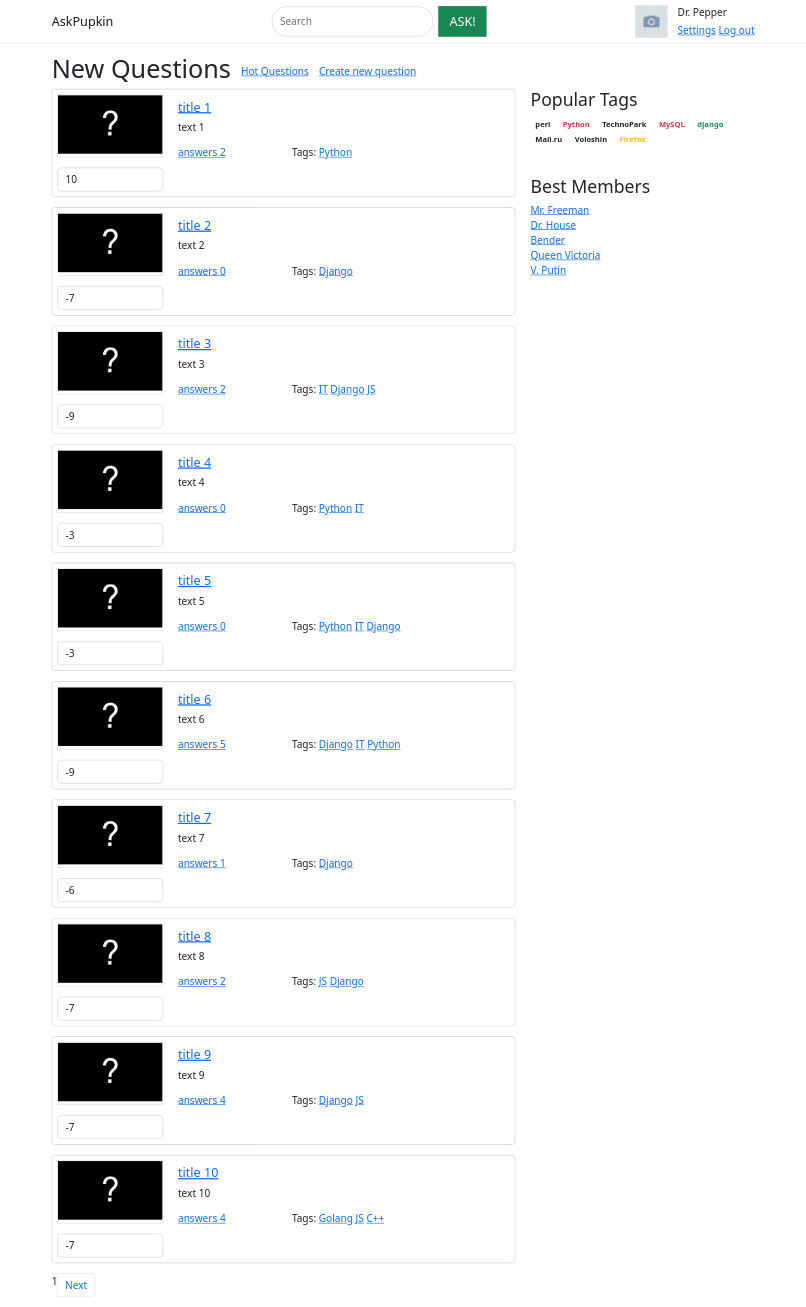
Repository: MiniDan21/askme_molchanov_django
Page: http://localhost/
These files come from the project's save history. The page is drawn as it stood at one moment and after the next save; the edit follows.
The browser window is 1280 px wide. The pictures show the whole page, at 63% of full size.
The page is served by the project's application, run on Django 5.2 (manage.py). Other server files are loaded and not shown.

Above is the page before, as saved 2024-04-10 15:57:48.

### templates/index.html
{% extends "layouts/base.html" %}

{% block main %}
      <div class="d-flex gap-3 align-items-center">
        <h1>New Questions </h1>
        <a href="/hot">Hot Questions</a>
        <a href="/ask">Create new question</a>
      </div>
      {% include 'layouts/question_list.html' %}
      {% include "layouts/pagination.html" with page_obj=questions route="index"%}
      {% include 'layouts/popular.html' %}

{% endblock %}

### templates/layouts/base.html
{% load static %}
<!doctype html>
<html lang="en">
  <head>
    <meta charset="utf-8"/>
    <meta
      name="viewport"
      content="width=device-width, initial-scale=1"
    />
    <title>{% block title %} ask-pipkin.com {% endblock %}</title>
    <link
      rel="stylesheet"
      type="text/css"
      href="{% static 'css/bootstrap.css' %}"
    />
    <link
      rel="stylesheet"
      type="text/css"
      href="{% static 'css/custom.css' %}"
    />
  </head>
  <body>
    <nav class="navbar bg-body-tertiary border-bottom">
      {% block navbar %}
      <div class="container-sm-fluid container-lg">
        <a class="navbar-brand" href="/">AskPupkin</a>
        <form
          class="d-flex"
          role="search"
        >
          <input
            class="form-control me-2 rounded-pill"
            type="search"
            placeholder="Search"
            aria-label="Search"
          />
          <button
            class="btn btn-success btn-lg rounded-0"
            type="submit"
          >ASK!</button>
        </form>
        <div class="d-flex justify-content-between gap-3">
          {% include 'layouts/loged_in.html' %}
        </div>
      </div>
    {% endblock %}
    </nav>
    <main class="container-fluid container-lg mt-3">
      {% block main %}
        block main
      {% endblock %}
    </main>
    <!-- <footer class="fixed-bottom p-3 bg-light">
      {% block footer %}
      <div class="container">
        <span class="text-muted">Place sticky footer content here.</span>
      </div>
      {% endblock %}
    </footer> -->
    <script src="../static/js/bootstrap.bundle.min.js"></script>
  </body>
</html>

### templates/layouts/loged_in.html
{% if authed %}
<div class="border">
  <img
    src="../static/img/alter_avatar.jpg"
    alt="Avatar"
    width="50"
    height="50"
  />
</div>
<div class="d-flex flex-column justify-content-between">
  <div>{{user.nickmame|default:"Dr. Pepper"}}</div>
  <div>
    <a href="{% url 'settings' %}">Settings</a>
    <a href="{% url 'logout' %}">Log out</a>
  </div>
</div>
{% else %}
<div class="d-flex flex-column justify-content-between">
  <div>
    <a href="{% url 'login' %}">log in</a>
    <a href="{% url 'signup' %}">sign up</a>
  </div>
</div>
{% endif %}

### templates/layouts/question_list.html
<div class="row">
    <div class="col-8">
      {% for question in questions %}
      <article class="card mb-3 w-100">
        <div class="row g-0">
          <div class="col-3 p-2">
            <div
              class="border w-100 mb-3 overflow-hidden"
              style="height: 100px"
            >
              <img
                src="{{ question.avatar }}"
                class="img-fluid"
                alt="..."
              />
            </div>
            <div class="input-group flex-nowrap">
              <input
                type="number"
                value="{{ question.likes }}"
                class="form-control"
              />
            </div>
          </div>
          <div class="col">
            <div class="card-body">
              <h5 class="card-title">
                <a href="{% url "question" question.id %}">{{ question.title }}</a>
              </h5>
              <p class="card-text">
                {{ question.text }}
              </p>
              <div class="row">
                <a
                  class="col-4"
                  href="{% url "question" question.id %}"
                >{{ question.answers }}</a>
                <div class="col-8">
                  <span>Tags:</span>
                  {% for tag in question.tags %}
                    <a href="{% url "tag" tag.name %}">{{ tag.name }}</a>
                  {% endfor %}
                </div>
              </div>
            </div>
          </div>
        </div>
      </article>
      {% endfor %}

### templates/layouts/pagination.html
<nav aria-label="Page navigation example">
    <ul class="pagination">
      {% if page_obj.has_previous %}
          <li class="page-item">
              <a class="page-link" href="{% url route %}?page={{ page_obj.previous_page_number }}">Previous</a>
          </li>
      {% endif %}
      <li class="page-item">{{ page_obj.number }}</li>
      {% if page_obj.has_next %}
          <li class="page-item"><a class="page-link" href="{% url route %}?page={{ page_obj.next_page_number }}">Next</a></li>
      {% endif %}
    </ul>
  </nav>
</div>

### templates/layouts/popular.html
<div class="col-4">
    <h3>Popular Tags</h3>
    <div class="row">
      <div class="col">
        <a href="{% url 'tag' 'perl'%}"><span class="badge text-dark">perl</span></a>
        <a href="{% url 'tag' 'Python'%}"><span class="badge text-danger">Python</span></a>
        <a href="{% url 'tag' 'TechnoPark'%}"><span class="badge text-dark">TechnoPark</span></a>
        <a href="{% url 'tag' 'MySQL'%}"><span class="badge text-danger">MySQL</span></a>
        <a href="{% url 'tag' 'django'%}"><span class="badge text-success">django</span></a>
        <a href="{% url 'tag' 'Mail.ru'%}"><span class="badge text-dark">Mail.ru</span></a>
        <a href="{% url 'tag' 'Voloshin'%}"><span class="badge text-dark">Voloshin</span></a>
        <a href="{% url 'tag' 'Firefox'%}"><span class="badge text-warning">Firefox</span></a>
      </div>
    </div>
    <h3 class="mt-5">Best Members</h3>
    <div>
      <a
        href="/member.html"
        class="d-block"
      >
        Mr. Freeman
      </a>
      <a
        href="/member.html"
        class="d-block"
      >
        Dr. House
      </a>
      <a
        href="/member.html"
        class="d-block"
      >
        Bender
      </a>
      <a
        href="/member.html"
        class="d-block"
      >
        Queen Victoria
      </a>
      <a
        href="/member.html"
        class="d-block"
      >V. Putin</a>
    </div>
  </div>
</div>

### app/views.py
from typing import Dict
from random import randint, sample

from django.http import HttpRequest
from django.shortcuts import get_object_or_404, render, redirect
from django.core.paginator import Paginator, InvalidPage


authed = True
TAGS = ['IT', 'JS', 'C++', 'Python', 'Django', 'Golang']
QUESTIONS = [{
        'title': f'title {i}',
        'id': i,
        'text': f'text {i}',
        'answers': f'answers {randint(0, 6)}',
        'tags': [{'name': tag} for tag in sample(TAGS, randint(1, 3))],
        'likes': randint(-10, 10),
        'avatar': '../static/img/alter_question_avatar.jpg',
    } for i in range(1,30)]

def paginate(
        request: HttpRequest,
        page_file,
        object_list,
        per_page=10,
        content: Dict = {}
    ):
    page_num = request.GET.get('page', 1)
    paginator = Paginator(object_list, per_page)
    try:
        page_obj = paginator.page(page_num)
        content['questions'] = page_obj
    # В случае ошибки, content не меняется
    except InvalidPage:
        pass
    page = render(request, page_file, content)
    return page


def index(request: HttpRequest):
    global QUESTIONS
    return paginate(request, "index.html", QUESTIONS, content={"authed": authed})

def question(request, id):
    return render(request, "question.html", {"authed": authed})

def tag(request, tag_name):
    global QUESTIONS
    questions = list(filter(lambda x: x['tags'].find(tag_name), QUESTIONS))

    return paginate(request, "tag.html", questions, content={"authed": authed})

def hot(request):
    global QUESTIONS
    questions = sorted(QUESTIONS, key=lambda x: x['likes'])[::-1]
    return paginate(request, "hot.html", questions, content={"authed": authed})


def signup(request):
    return render(request, "signup.html")

def login(request: HttpRequest):
    global authed
    authed = True

    return render(request, "login.html")

def ask(request):
    return render(request, "ask.html", {"authed": authed})

def logout(request: HttpRequest):
    global authed
    authed = False
    return redirect('index', permanent=False)

def settings(request):
    return render(request, "settings.html", {"authed": authed})

### askme_molchanov_django/urls.py
"""
URL configuration for askme_molchanov_django project.

The `urlpatterns` list routes URLs to views. For more information please see:
    https://docs.djangoproject.com/en/5.0/topics/http/urls/
Examples:
Function views
    1. Add an import:  from my_app import views
    2. Add a URL to urlpatterns:  path('', views.home, name='home')
Class-based views
    1. Add an import:  from other_app.views import Home
    2. Add a URL to urlpatterns:  path('', Home.as_view(), name='home')
Including another URLconf
    1. Import the include() function: from django.urls import include, path
    2. Add a URL to urlpatterns:  path('blog/', include('blog.urls'))
"""
from django.contrib import admin
from django.urls import path, include

urlpatterns = [
    path("", include("app.urls")),
    path('admin/', admin.site.urls),
]

### app/urls.py
from django.urls import path

from . import views

urlpatterns = [
    path("", views.index, name="index"),
    path("question/<int:id>", views.question, name="question"),
    path("tag/<str:tag_name>", views.tag, name="tag"),
    path("hot", views.hot, name="hot"),
    path("ask", views.ask, name="ask"),
    path("login", views.login, name="login"),
    path("signup", views.signup, name="signup"),
    path("logout", views.logout, name="logout"),
    path("settings", views.settings, name="settings"),
    # # ex: /polls/5/
    # path("<int:question_id>/", views.detail, name="detail"),
    # # ex: /polls/5/results/
    # path("<int:question_id>/results/", views.results, name="results"),
    # # ex: /polls/5/vote/
    # path("<int:question_id>/vote/", views.vote, name="vote"),
]

### static/css/custom.css
textarea{
    resize: none;
}

.pagination {
    --bs-pagination-padding-x: 0.75rem;
    --bs-pagination-padding-y: 0.375rem;
    --bs-pagination-font-size: 1rem;
    --bs-pagination-color: var(--bs-link-color);
    --bs-pagination-bg: #fff;
    --bs-pagination-border-width: 1px;
    --bs-pagination-border-color: #dee2e6;
    --bs-pagination-border-radius: 0.375rem;
    --bs-pagination-hover-color: var(--bs-link-hover-color);
    --bs-pagination-hover-bg: #e9ecef;
    --bs-pagination-hover-border-color: #dee2e6;
    --bs-pagination-focus-color: var(--bs-link-hover-color);
    --bs-pagination-focus-bg: #e9ecef;
    --bs-pagination-focus-box-shadow: 0 0 0 0.25rem rgba(108, 117, 125, 0.25);
    --bs-pagination-active-color: #fff;
    --bs-pagination-active-bg: var(--bs-gray-dark);
    --bs-pagination-active-border-color: var(--bs-gray-900);
    --bs-pagination-disabled-color: #6c757d;
    --bs-pagination-disabled-bg: #fff;
    --bs-pagination-disabled-border-color: #dee2e6;
    display: flex;
    padding-left: 0;
    list-style: none;
  }

Loaded but not shown: static/css/bootstrap.css (library); static/js/bootstrap.bundle.min.js (library)

After the next save:
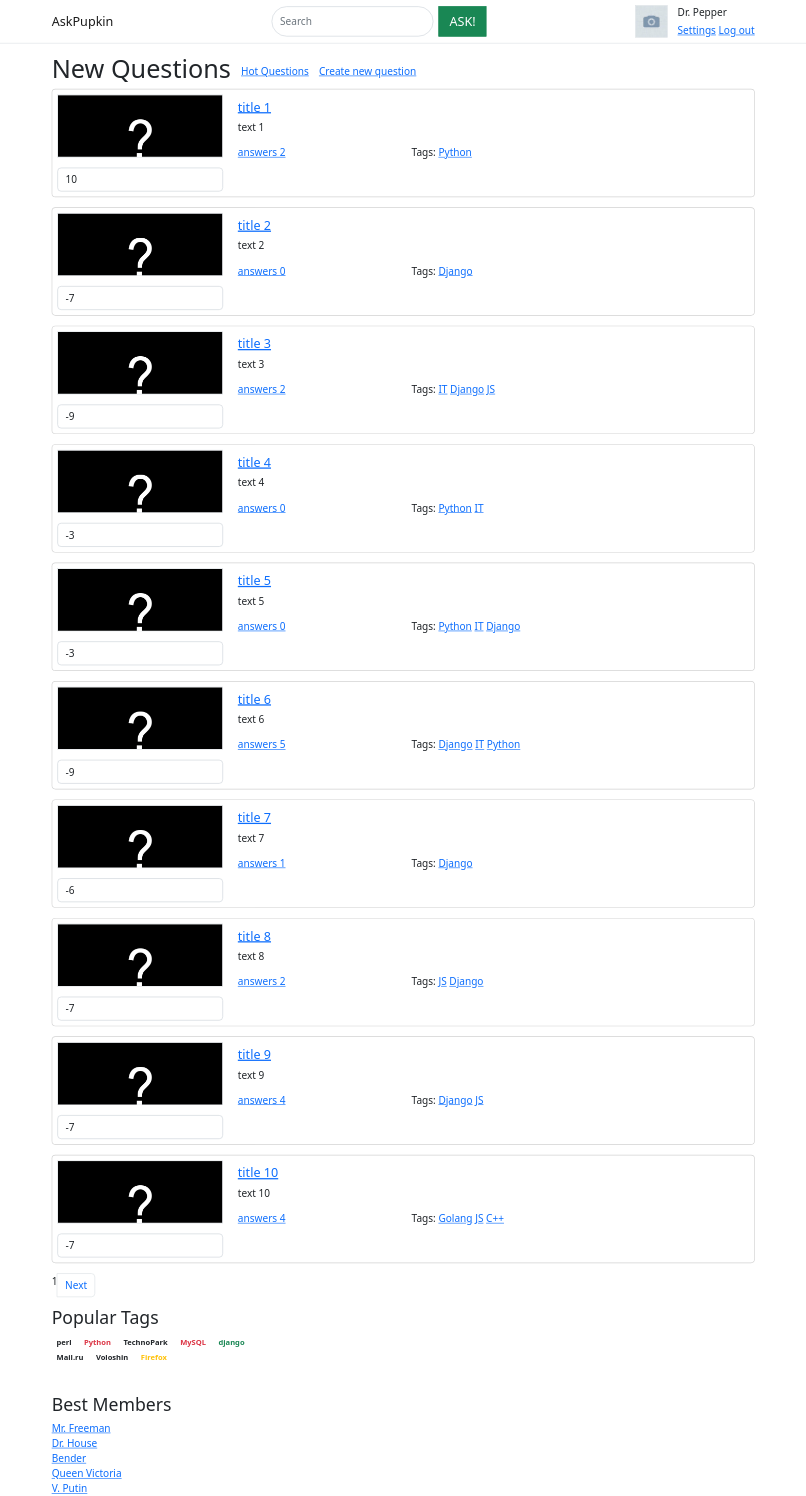
Saved 2 min 35 s later.
--- a/templates/layouts/question_list.html
+++ b/templates/layouts/question_list.html
@@ -1,5 +1,4 @@
-<div class="row">
-    <div class="col-8">
+
       {% for question in questions %}
       <article class="card mb-3 w-100">
         <div class="row g-0">

After the save that followed:
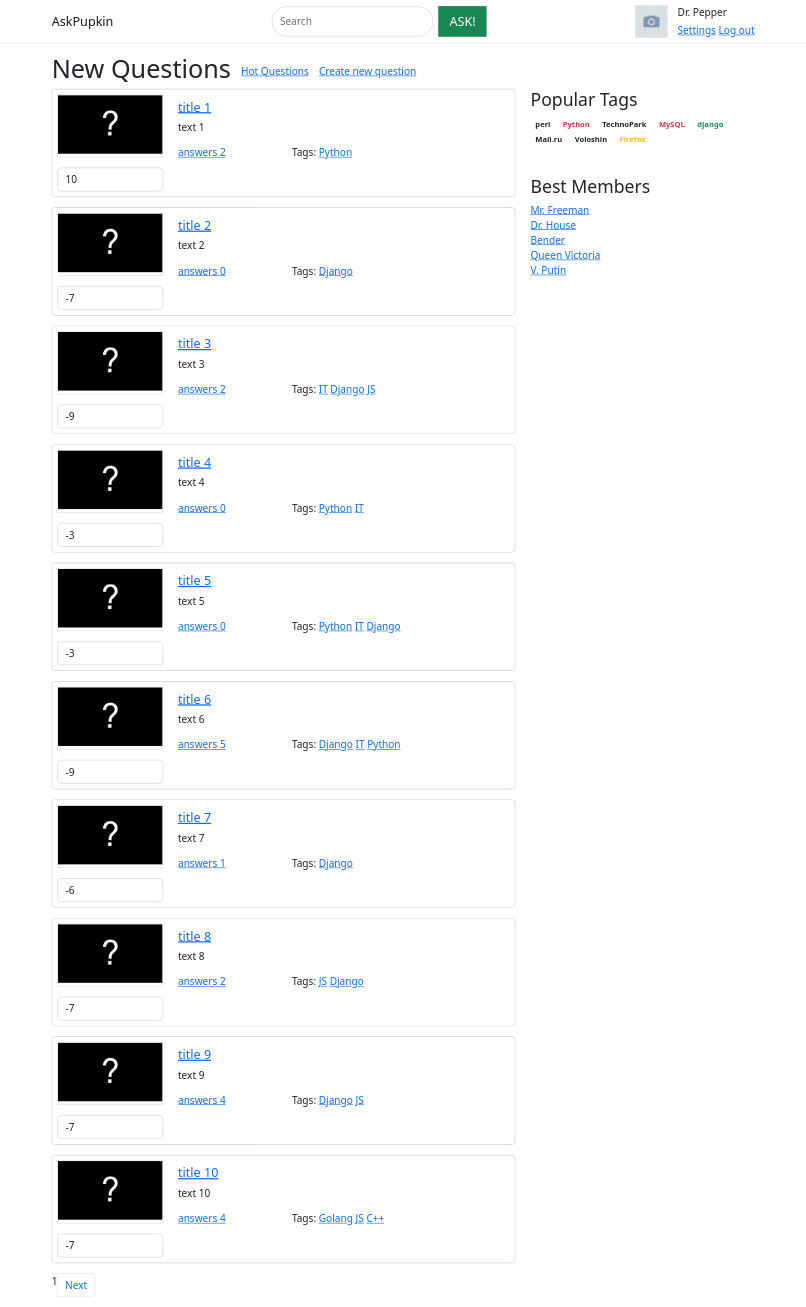
Saved 8 s later.
--- a/templates/layouts/question_list.html
+++ b/templates/layouts/question_list.html
@@ -1,4 +1,5 @@
-
+<div class="row">
+    <div class="col-8">
       {% for question in questions %}
       <article class="card mb-3 w-100">
         <div class="row g-0">
